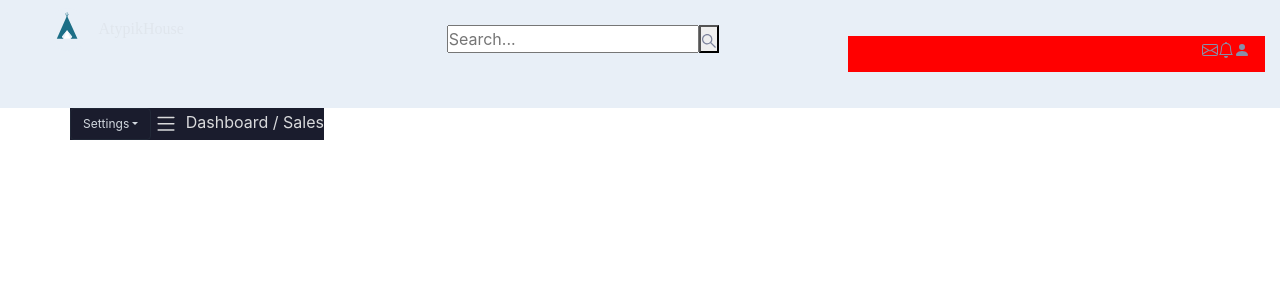
Repository: kifack/API-Symfony-AtypikHouse
Page: / (app in admin-frontend/)
The author's editor kept a copy of each file at every save. The page is drawn from the files as they stood at one save, then again after the next save.
The browser window is 1280 px wide. The pictures show the whole page.
Some web libraries are served in a nearby version. The project was rebuilt for these pictures with package versions that can differ from the ones it lists, and the page was loaded fresh each time. Also part of the build but not shown: admin-frontend/src/css/Responsive.css, admin-frontend/src/css/admin/navbar.css, admin-frontend/src/components/template_parts/Header.js, admin-frontend/src/components/template_parts/Footer.js, admin-frontend/src/components/template_parts/Sidebar.js, admin-frontend/src/components/partials/LocationEntry.js, admin-frontend/src/components/template_parts/Spinner.js, admin-frontend/src/actions/location.js and 26 more.

Above is the page before, as saved 2020-10-01 16:50:36.

### admin-frontend/public/index.html
<!DOCTYPE html>
<html lang="en">
  <head>
    <meta charset="utf-8" />
    <link rel="icon" href="%PUBLIC_URL%/atypikhouse.ico" />
    <meta name="viewport" content="width=device-width, initial-scale=1" />
    <meta name="theme-color" content="#000000" />
    <meta
      name="description"
      content="Web site created using create-react-app"
    />
    <link
      rel="stylesheet"
      href="https://use.fontawesome.com/releases/v5.8.1/css/all.css"
      integrity="sha384-50oBUHEmvpQ+1lW4y57PTFmhCaXp0ML5d60M1M7uH2+nqUivzIebhndOJK28anvf"
      crossorigin="anonymous"
    />
    <!--
      manifest.json provides metadata used when your web app is installed on a
      user's mobile device or desktop. See https://developers.google.com/web/fundamentals/web-app-manifest/
    -->
    <!-- <link rel="manifest" href="%PUBLIC_URL%/manifest.json" /> -->
    <!--
      Notice the use of %PUBLIC_URL% in the tags above.
      It will be replaced with the URL of the `public` folder during the build.
      Only files inside the `public` folder can be referenced from the HTML.

      Unlike "/favicon.ico" or "favicon.ico", "%PUBLIC_URL%/favicon.ico" will
      work correctly both with client-side routing and a non-root public URL.
      Learn how to configure a non-root public URL by running `npm run build`.
    -->
    <script
      src="https://code.jquery.com/jquery-3.5.1.min.js"
      integrity="sha256-9/aliU8dGd2tb6OSsuzixeV4y/faTqgFtohetphbbj0="
      crossorigin="anonymous"
    ></script>
    <script src="https://stackpath.bootstrapcdn.com/bootstrap/4.5.2/js/bootstrap.min.js"></script>
    <script
      src="https://code.jquery.com/jquery-3.5.1.min.js"
      integrity="sha256-9/aliU8dGd2tb6OSsuzixeV4y/faTqgFtohetphbbj0="
      crossorigin="anonymous"
    ></script>

    <script src="https://stackpath.bootstrapcdn.com/bootstrap/4.5.2/js/bootstrap.min.js"></script>
    <title>AtypikHouse</title>
  </head>
  <body>
    <noscript>You need to enable JavaScript to run this app.</noscript>
    <div id="root"></div>
    <!--
      This HTML file is a template.
      If you open it directly in the browser, you will see an empty page.

      You can add webfonts, meta tags, or analytics to this file.
      The build step will place the bundled scripts into the <body> tag.

      To begin the development, run `npm start` or `yarn start`.
      To create a production bundle, use `npm run build` or `yarn build`.
    -->
  </body>
</html>

### admin-frontend/src/index.js
import React from 'react';
import ReactDOM from 'react-dom';
import App from './components/App';
import 'bootstrap/dist/css/bootstrap.min.css';
import { Provider } from 'react-redux';
import configureStore from './store/store';
import HeaderBack from './components/backend/HeaderBack';


const store = configureStore();
ReactDOM.render(
  <React.StrictMode>
    <Provider store={store}>
      <HeaderBack />
    </Provider>

  </React.StrictMode>,
  document.getElementById('root')
);

### admin-frontend/src/store/store.js
import { createStore, applyMiddleware } from "redux";
import { composeWithDevTools } from "redux-devtools-extension";
import thunk from "redux-thunk";
import rootReducer from "../reducers";

const configureStore = () => {
  const initialState = {};

  const middleware = [thunk];

  const store = createStore(
    rootReducer,
    initialState,
    composeWithDevTools(applyMiddleware(...middleware))
  );
  return store;
};

export default configureStore;

### admin-frontend/src/components/backend/HeaderBack.js
import React from "react";
import { Navbar, Nav, Image, Row, Container, Col } from "react-bootstrap";
import { BsBell, BsEnvelope, BsFillPersonFill, BsList } from "react-icons/bs";
import { FaSistrix } from "react-icons/fa";
import logo from './../../media/logonegatif.svg';


class HeaderBack extends React.Component{
    render(){
        return(

            <header>
            <Navbar>

                <div className="blue-sky menuhaut">
                <Container >
                <Row className="align-items-center">
                    <Col>
                        <Nav.Link><Image class="logo"src={logo}/><span class="titlesite">AtypikHouse</span></Nav.Link>
                    </Col>
                    <Col>
                        <form >

                        <input  type="text" placeholder="Search..." aria-label="Search"  />
                        <button type="submit" ><FaSistrix  className="icons"/></button>
                        </form>
                    </Col>
                    <Col className="d-flex justify-content-end">
                        <Nav.Link><BsEnvelope class="icon-env"/></Nav.Link>
                        <Nav.Link><BsBell class="icon-bell"/></Nav.Link>
                        <Nav.Link><BsFillPersonFill class="icon-person"/></Nav.Link>
                    </Col>
                </Row>
                </Container>
                </div>

                    <div class="sous-header">
                    <Container>
                    <Row>
                    <div>
                        <div class="fond">
                        <button class="btn btn-secondary dropdown-toggle" type="button" id="dropdownMenuButton" data-toggle="dropdown" aria-haspopup="true" aria-expanded="false" >Settings</button>
                        <BsList class="icon-list"/>
                        <span class="titlelist"> Dashboard / Sales</span>
                        </div>
                    </div>
                    </Row>
                    </Container>
                    </div>

            </Navbar>
         </header>


        )
    }

}

export default HeaderBack;

### admin-frontend/src/utils/setAuthToken.js
import api from "./api";

const setAuthToken = (token) => {
  if (token) {
    console.log("setting...");
    api.defaults.headers.common.authorization = "Bearer " + token;
    localStorage.setItem("token", token);
  } else {
    console.log("deleting...");
    delete api.defaults.headers.common["Authorization"];
    localStorage.removeItem("token");
  }
};

export default setAuthToken;

### admin-frontend/src/css/App.css
:root {
  --primaryColor: #1c6e86;
  --secondaryColor :#060818;
  --tierColor: #1e2020;
  --white: #ffffff;
}

* {
  margin: 0;
  padding: 0;
  box-sizing: border-box;
}

@font-face {
  font-family: "title-logo";
  src: url("./../polices/vagnotie.otf");
}
@font-face {
  font-family: "title-block";
  src: url("./../polices/Vogue.ttf");
}
@font-face {
  font-family: "title-secondaire";
  src: url("./../polices/ArcaMajora3-Bold.otf");
}
@font-face {
  font-family : "sans-serifSpe";
  src: url("./../polices/Myriad-Pro_31655.ttf");
}

.blue-sky {
  background-color: var(--secondaryColor);
}
body .blue-Marine {
  background-color: var(--primaryColor);
}

.titleBlock {
  font-family: "title-block";
  padding-top: 30px;
  font-size: 1.3rem;
  color: var(--tiercolor);
}
.titleConte{
  text-align: center;
}
.btnNb{
  padding: 10px 20px;
  text-decoration: none;
  border-radius: 20px;
  font-family: "title-secondaire";
  font-size: 1rem;
}
.secondaryNb {
  color: var(--secondaryColor);
}
.btnNb:hover {
  text-decoration: none;
  color: var(--primaryColor);
  background-color: var(--secondaryColor);
}
.conteneurBtn {
  padding-top: 20px;
}
img {
  width: 100%;
}


/*********************************************************** Header backend ************************************************************************************/

.icons{

  color: #7e849d;


}

.form-inline{


}
.titlesite, .logo{

  color: #e0e6ed;
  width: 30px;
  font-family: "title-secondair";
  font-size: 1.0rem;

}


.icon-env, .icon-bell, .icon-person {


  color: #888ea8;
}


input.form-control.form-control-sm.ml-5.w-100 {
  background-color: #0e1726;
  color: #7e849d;
  border-color: #212837;


}

button#dropdownMenuButton {

background-color: #1a1c2d;
color: #d2d8df;
border-color: #212837;
font-size: 12px;
}


.icon-list{

 color: #d9dadc;
 width: 30px;
 height: 25px;

}

.titlelist{

 color: #d9dadc;

}
.fond{


 background: #1a1c2d;
}

/* ################################# Header ###########################*/
header .navbar{
  padding: 0;
  margin: 0;
  display: block;
}

header .menuhaut{
  height: 15vh;
  padding: 0;
  margin: 0;
}
header .menuhaut .col:first-child{
  width: 30%;
  height: 15vh;

}
header .menuhaut .col:nth-child(2){
  width: 30%;
  height: 8vh;

}
header .menuhaut .col:nth-child(3){
  width: 30%;
  height: 5vh;
  background-color: red;
}
header .menuhaut .col:nth-child(3) .nav-link{
  padding: 0;

}

header .menuhaut .row{
  width: 100%;
  height: 15vh;
  margin: 0;
  padding: 0;

}
header .menuhaut .container{
  max-width: 100% ;
  margin: 0;

}

header .container img {
  width: 12%;
  margin-right: 10px;

}

### admin-frontend/src/reducers/index.js
import { combineReducers } from "redux";
import auth from "./auth";
import location from "./location";
import user from "./user";
import comment from "./comment";
import destination from "./destination";
import category from "./category";
import thematic from "./thematic";
import field from "./field";

export default combineReducers({
  auth,
  location,
  user,
  comment,
  destination,
  category,
  thematic,
  field,
});

### admin-frontend/src/utils/api.js
import axios from "axios";
import store from "../store/store";
import { LOGOUT } from "../actions/types";

const api = axios.create({
  baseURL: "http://localhost:8000/api/v01",
  // baseURL: "http://api.f2i-dev2-ami-bc-akb-vyk.fr/api/v01",
  headers: {
    "Content-Type": "application/json",
    Accept: "application/json",
  },
});

const { dispatch } = store;

export default api;

### admin-frontend/src/css/sidebar.css
:root {
  --primaryColor: #0090d9;
  --secondaryColor: #e8f1f8;
  --tierColor: #1e2020;
  --white: #ffffff;
}

.sidebar {
  width: 240px;
  min-height: 100vh;
  transition: 0.4s;
  transition-property: width;
  background-color: #fff;

  /* background-image: linear-gradient(180deg, #4e73df 10%, #224abe 100%); */
  /* overflow-y: auto; */
}

.sidebar ul {
  /* color: var(--primaryColor); */
  height: 100%;
  width: 100%;
  list-style: none;
}
.sidebar .menu li {
  line-height: 60px;
  border-bottom: 1px solid #bdb8d7;
  border-bottom: 1px solid rgba(0, 0, 0, 0.05);
  border-top: 1px solid rgba(255, 255, 255, 0.05);
}
.sidebar .menu li:last-child {
  border-bottom: 1px solid rgba(255, 255, 255, 0.05);
}
.sidebar .menu li a {
  position: relative;
  text-decoration: none;
  color: #6c757d;
  font-size: 16px;
  padding-left: 20px;
  font-weight: 500;
  display: block;
  width: 100%;
  border-left: 3px solid transparent;
}
.sidebar .menu li a > i {
  color: var(--primaryColor);
  padding-right: 8px;
}
.sidebar .menu li.active a {
  color: #fff;
  background: #4e73df;
  /* border-left-color: #000; */
}
.sidebar .menu li a:hover {
  /* background-color: #4e73df; */
  opacity: 0.9;
  color: var(--primaryColor);
}
.sidebar .menu ul {
  position: static;
  display: none;
  background-color: #fff;
}

.sidebar .menu ul li {
  line-height: 50px;
  border-top: none;
  color: var(--primaryColor);
}

.sidebar ul li a .item {
  /* margin-left: 15px; */
  transition: 0.4s;
  transition-property: display;
}
.sidebar .menu ul li a {
  font-size: 15px;
  color: #6c757d;
  padding-left: 50px;
}
.sidebar .menu li.active ul li a {
  color: #e6e6e6;
  background: #1b1b1b;
  border-left-color: transparent;
}
.sidebar .menu ul li a:hover {
  border-left-color: var(--primaryColor);
  border-left-width: 5px;
}
.sidebar li a .caret-menu {
  position: absolute;
  top: 50%;
  right: 20px;
  transform: translateY(-50%);
  font-size: 18px;
  transition: transform 0.7s;
}
.sidebar li a span.rotate {
  transform: translateY(-50%) rotate(-180deg);
}

.wrapper.collapse-sidebar .sidebar {
  width: 70px;
}

.wrapper.collapse-sidebar .main_content {
  width: calc(100% - 70px);
}

.wrapper.collapse-sidebar .sidebar .item,
.submenu,
.wrapper.collapse-sidebar .sidebar .submenu li {
  display: none;
}

### admin-frontend/src/css/card.css
/* Navigation tabs */
:root {
  --primaryColor: #0090d9;
  --secondaryColor: #e8eff7;
  --tierColor: #1e2020;
  --white: #ffffff;
}
.tabs {
  /* width: 730px; */
  height: 100vh;
  overflow: hidden;
  border-radius: 5px;
  box-shadow: 5px 10px 5px #ccc;
  border: 1px solid #eee;
  margin-right: 10px;
}
.tabs .tab-header {
  /* height: 40px; */
  display: flex;
  align-items: center;
  width: 100%;
  padding: 15px;
  /* border: 1px solid #eee; */
}

.tabs .tab-header > div {
  width: calc(100% / 2);
  text-align: center;
  color: #888;
  font-weight: 600;
  cursor: pointer;
  font-size: 14px;
  text-transform: uppercase;
  outline: none;
}
/* .tabs .tab-header > div > i {
  display: block;
  margin-bottom: 5px;
} */
.tabs .tab-header > div.active {
  color: var(--primaryColor);
}
.tabs .tab-indicator {
  position: relative;
  width: calc(100% / 2);
  height: 5px;
  background: var(--primaryColor);
  left: 0px;
  border-radius: 5px;
  transition: all 500ms ease-in-out;
}
.tabs .tab-body {
  position: relative;
  height: calc(100% - 60px);
  padding: 10px 5px;
}
.tabs .tab-body > div {
  padding: 20px;
  position: absolute;
  width: 100%;
  top: -200%;
  opacity: 0;
  transform: scale(0.9);
  transition: opacity 500ms ease-in-out 0ms, transform 500ms ease-in-out 0ms;
}
.tabs .tab-body > div.active {
  top: 0px;
  opacity: 1;
  transform: scale(1);
}

/* Display location  */
.img-container {
  position: relative;
}
/* Next & previous buttons */
.prev,
.next {
  cursor: pointer;
  position: absolute;
  text-decoration: none !important;
  top: 50%;
  width: auto;
  margin-top: -22px;
  padding: 16px;
  color: white !important;
  font-weight: bold;
  font-size: 18px;
  transition: 0.6s ease;
  border-radius: 0 3px 3px 0;
  user-select: none;
}

/* Position the "next button" to the right */
.next {
  right: 0;
  border-radius: 3px 0 0 3px;
}
.prev {
  left: 0;
}

/* On hover, add a black background color with a little bit see-through */
.prev:hover,
.next:hover {
  background-color: rgba(0, 0, 0, 0.8);
}
/* Fading animation */
.custom-fade {
  -webkit-animation-name: fade;
  -webkit-animation-duration: 1.5s;
  animation-name: fade;
  animation-duration: 1.5s;
}

@-webkit-keyframes fade {
  from {
    opacity: 0.4;
  }
  to {
    opacity: 1;
  }
}

@keyframes fade {
  from {
    opacity: 0.4;
  }
  to {
    opacity: 1;
  }
}

### admin-frontend/src/reducers/auth.js
import {
  LOAD_USER_REQUEST,
  USER_LOADED,
  AUTH_ERROR,
  LOGIN_REQUEST,
  LOGIN_SUCCESS,
  LOGIN_FAIL,
  LOGOUT,
} from "../actions/types";
import setAuthToken from "../utils/setAuthToken";

const initialState = {
  token: localStorage.getItem("token"),
  isAuthenticated: false,
  loading: false,
  user: null,
  isLogining: false,
  error: null,
};

export default function (state = initialState, action) {
  const { type, payload } = action;

  switch (type) {
    case LOAD_USER_REQUEST:
      return {
        ...state,
        loading: true,
      };
    case USER_LOADED:
      if (payload.roles.indexOf("ROLE_ADMIN") >= 0) {
        return {
          ...state,
          isAuthenticated: true,
          loading: false,
          user: payload,
        };
      } else {
        return {
          ...state,
          isAuthenticated: false,
          loading: false,
          error: "Vous n'avez pas des droits d'accés",
        };
      }
    case LOGIN_REQUEST:
      return {
        ...state,
        isLogining: true,
      };
    case LOGIN_SUCCESS:
      if (payload.user.roles.indexOf("ROLE_ADMIN") >= 0) {
        localStorage.setItem("token", payload.token);
        setAuthToken(payload.token);
        return {
          ...state,
          isAuthenticated: true,
          isLogining: false,
          user: payload.user,
        };
      } else {
        return {
          ...state,
          isAuthenticated: false,
          isLogining: false,
          error: "Vous n'avez pas des droits d'accéss",
        };
      }

    case AUTH_ERROR:
    case LOGOUT:
      console.log("logout");
      localStorage.removeItem("token");
      return {
        ...state,
        token: null,
        isAuthenticated: false,
        loading: false,
        user: null,
        error: payload,
      };

    case LOGIN_FAIL:
      return {
        ...state,
        isLogining: false,
        error: payload.message,
      };

    default:
      return state;
  }
}

### admin-frontend/src/reducers/location.js
import {
  LOAD_LOCATIONS,
  LOAD_LOCATIONS_SUCCESS,
  LOAD_LOCATIONS_ERROR,
  VALIDATE_LOCATION,
  VALIDATE_LOCATION_ERROR,
  DEACTIVATE_LOCATION,
  DEACTIVATE_LOCATION_ERROR,
  LOAD_LOCATION,
  LOAD_LOCATION_SUCCESS,
  LOAD_LOCATION_ERROR,
} from "../actions/types";

const initialState = {
  locations: [],
  location: null,
  loading: false,
  loadingLocation: true,
};

export default function (state = initialState, action) {
  const { type, payload } = action;
  let index, locations;

  switch (type) {
    case LOAD_LOCATIONS:
      return {
        ...state,
        loading: true,
      };
    case LOAD_LOCATIONS_SUCCESS:
      return {
        ...state,
        locations: payload,
        loading: false,
      };

    case LOAD_LOCATION:
      return {
        ...state,
        loadingLocation: true,
        location: null,
      };
    case LOAD_LOCATION_SUCCESS:
      return {
        ...state,
        location: payload,
        loadingLocation: false,
      };
    case VALIDATE_LOCATION:
      index = state.locations.findIndex((item) => item.id === payload);
      locations = state.locations;
      locations[index].status = 1;

      return {
        ...state,
        locations: [...locations],
        loading: false,
      };
    case DEACTIVATE_LOCATION:
      index = state.locations.findIndex((item) => item.id === payload);
      locations = state.locations;
      locations[index].status = 2;

      return {
        ...state,
        locations: [...locations],
        loading: false,
      };

    default:
      return state;
  }
}

### admin-frontend/src/reducers/user.js
import {
  LOAD_USERS,
  LOAD_USERS_ERROR,
  LOAD_USERS_SUCCESS,
  LOAD_USER,
  LOAD_USER_SUCCESS,
  LOAD_USER_ERROR,
  TOGGLE_SIDEBAR,
  ACTIVATE_USER,
  ACTIVATE_USER_ERROR,
  DEACTIVATE_USER,
  DEACTIVATE_USER_ERROR,
} from "../actions/types";

const initialState = {
  users: [],
  user: null,
  loading: false,
  loadingUser: true,
  showSidebar: true,
};

export default function (state = initialState, action) {
  const { type, payload } = action;
  let index, users;

  switch (type) {
    case LOAD_USERS:
      return {
        ...state,
        loading: true,
      };
    case LOAD_USERS_SUCCESS:
      return {
        ...state,
        users: payload,
        loading: false,
      };

    case LOAD_USER:
      return {
        ...state,
        user: null,
        loadingUser: true,
      };
    case LOAD_USER_SUCCESS:
      return {
        ...state,
        user: payload,
        loadingUser: false,
      };
    case ACTIVATE_USER:
      index = state.users.findIndex((item) => item.id === payload);
      users = state.users;
      users[index].status = 1;

      return {
        ...state,
        users: [...users],
        loading: false,
      };
    case DEACTIVATE_USER:
      index = state.users.findIndex((item) => item.id === payload);
      users = state.users;
      users[index].status = 0;

      return {
        ...state,
        users: [...users],
        loading: false,
      };

    case TOGGLE_SIDEBAR:
      return {
        ...state,
        showSidebar: !state.showSidebar,
      };

    default:
      return state;
  }
}

### admin-frontend/src/reducers/comment.js
import {
  LOAD_COMMENTS,
  LOAD_COMMENTS_SUCCESS,
  LOAD_COMMENTS_ERROR,
  DELETE_COMMENT,
  DELETE_COMMENT_ERROR,
} from "../actions/types";

const initialState = {
  comments: [],
  loading: false,
};

export default function (state = initialState, action) {
  const { type, payload } = action;

  switch (type) {
    case LOAD_COMMENTS:
      return {
        ...state,
        loading: true,
      };

    case LOAD_COMMENTS_SUCCESS:
      return {
        ...state,
        comments: payload,
        loading: false,
      };
    case DELETE_COMMENT:
      let filteredComments = state.comments.filter(
        (item) => item.id !== payload
      );
      return {
        ...state,
        comments: [...filteredComments],
        loading: false,
      };

    default:
      return state;
  }
}

### admin-frontend/src/reducers/destination.js
import {
  LOAD_DESTINATIONS,
  LOAD_DESTINATIONS_SUCCESS,
  LOAD_DESTINATIONS_ERROR,
  ADD_DESTINATION,
  ADD_DESTINATION_ERROR,
} from "../actions/types";

const initialState = {
  destinations: [],
  loading: false,
};

export default function (state = initialState, action) {
  const { type, payload } = action;

  switch (type) {
    case ADD_DESTINATION:
      return {
        ...state,
        destinations: [...state.destinations, payload],
        loading: false,
      };
    case LOAD_DESTINATIONS:
      return {
        ...state,
        loading: true,
      };
    case LOAD_DESTINATIONS_SUCCESS:
      return {
        ...state,
        destinations: payload,
        loading: false,
      };

    default:
      return state;
  }
}

### admin-frontend/src/reducers/category.js
import {
  LOAD_CATEGORIES,
  LOAD_CATEGORIES_SUCCESS,
  LOAD_CATEGORIES_ERROR,
  ADD_CATEGORY,
  ADD_CATEGORY_ERROR,
} from "../actions/types";

const initialState = {
  categories: [],
  loading: false,
};

export default function (state = initialState, action) {
  const { type, payload } = action;

  switch (type) {
    case LOAD_CATEGORIES:
      return {
        ...state,
        loading: true,
      };
    case LOAD_CATEGORIES_SUCCESS:
      return {
        ...state,
        categories: [...payload],
        loading: false,
      };
    case ADD_CATEGORY:
      return {
        ...state,
        categories: [...state.categories, payload],
        loading: false,
      };

    default:
      return state;
  }
}

### admin-frontend/src/reducers/thematic.js
import {
  LOAD_THEMATICS,
  LOAD_THEMATICS_SUCCESS,
  LOAD_THEMATICS_ERROR,
  ADD_THEMATIC,
  ADD_THEMATIC_ERROR,
} from "../actions/types";

const initialState = {
  thematics: [],
  loading: false,
};

export default function (state = initialState, action) {
  const { type, payload } = action;

  switch (type) {
    case ADD_THEMATIC:
      return {
        ...state,
        thematics: [...state.thematics, payload],
        loading: false,
      };

    case LOAD_THEMATICS:
      return {
        ...state,
        loading: true,
      };

    case LOAD_THEMATICS_SUCCESS:
      return {
        ...state,
        thematics: payload,
        loading: false,
      };

    default:
      return state;
  }
}

### admin-frontend/src/reducers/field.js
import {
  LOAD_FIELDS,
  LOAD_FIELDS_ERROR,
  ADD_FIELD,
  ADD_FIELD_ERROR,
} from "../actions/types";

const initialState = {
  fields: [],
  loading: true,
};

export default function (state = initialState, action) {
  const { type, payload } = action;

  switch (type) {
    case LOAD_FIELDS:
      return {
        ...state,
        fields: [...payload],
        loading: false,
      };
    case ADD_FIELD:
      return {
        ...state,
        fields: [...state.fields, payload],
        loading: false,
      };

    default:
      return state;
  }
}

### admin-frontend/src/css/spinner.css
/* https://projects.lukehaas.me/css-loaders/ */
:root {
  --primaryColor: #0090d9;
  --secondaryColor: #e8eff7;
  --tierColor: #1e2020;
  --white: #ffffff;
}

.spinner {
  width: 100%;
  height: 100%;
  display: flex;
  align-items: center;
  justify-content: center;
  /* background-color: rgb(0, 0, 0); */
  /* background-color: #eee; */
}

.loader {
  color: var(--primaryColor);
  font-size: 20px;
  margin: 100px auto;
  width: 1em;
  height: 1em;
  border-radius: 50%;
  position: relative;
  text-indent: -9999em;
  -webkit-animation: load4 1.3s infinite linear;
  animation: load4 1.3s infinite linear;
  -webkit-transform: translateZ(0);
  -ms-transform: translateZ(0);
  transform: translateZ(0);
}
@-webkit-keyframes load4 {
  0%,
  100% {
    box-shadow: 0 -3em 0 0.2em, 2em -2em 0 0em, 3em 0 0 -1em, 2em 2em 0 -1em,
      0 3em 0 -1em, -2em 2em 0 -1em, -3em 0 0 -1em, -2em -2em 0 0;
  }
  12.5% {
    box-shadow: 0 -3em 0 0, 2em -2em 0 0.2em, 3em 0 0 0, 2em 2em 0 -1em,
      0 3em 0 -1em, -2em 2em 0 -1em, -3em 0 0 -1em, -2em -2em 0 -1em;
  }
  25% {
    box-shadow: 0 -3em 0 -0.5em, 2em -2em 0 0, 3em 0 0 0.2em, 2em 2em 0 0,
      0 3em 0 -1em, -2em 2em 0 -1em, -3em 0 0 -1em, -2em -2em 0 -1em;
  }
  37.5% {
    box-shadow: 0 -3em 0 -1em, 2em -2em 0 -1em, 3em 0em 0 0, 2em 2em 0 0.2em,
      0 3em 0 0em, -2em 2em 0 -1em, -3em 0em 0 -1em, -2em -2em 0 -1em;
  }
  50% {
    box-shadow: 0 -3em 0 -1em, 2em -2em 0 -1em, 3em 0 0 -1em, 2em 2em 0 0em,
      0 3em 0 0.2em, -2em 2em 0 0, -3em 0em 0 -1em, -2em -2em 0 -1em;
  }
  62.5% {
    box-shadow: 0 -3em 0 -1em, 2em -2em 0 -1em, 3em 0 0 -1em, 2em 2em 0 -1em,
      0 3em 0 0, -2em 2em 0 0.2em, -3em 0 0 0, -2em -2em 0 -1em;
  }
  75% {
    box-shadow: 0em -3em 0 -1em, 2em -2em 0 -1em, 3em 0em 0 -1em, 2em 2em 0 -1em,
      0 3em 0 -1em, -2em 2em 0 0, -3em 0em 0 0.2em, -2em -2em 0 0;
  }
  87.5% {
    box-shadow: 0em -3em 0 0, 2em -2em 0 -1em, 3em 0 0 -1em, 2em 2em 0 -1em,
      0 3em 0 -1em, -2em 2em 0 0, -3em 0em 0 0, -2em -2em 0 0.2em;
  }
}
@keyframes load4 {
  0%,
  100% {
    box-shadow: 0 -3em 0 0.2em, 2em -2em 0 0em, 3em 0 0 -1em, 2em 2em 0 -1em,
      0 3em 0 -1em, -2em 2em 0 -1em, -3em 0 0 -1em, -2em -2em 0 0;
  }
  12.5% {
    box-shadow: 0 -3em 0 0, 2em -2em 0 0.2em, 3em 0 0 0, 2em 2em 0 -1em,
      0 3em 0 -1em, -2em 2em 0 -1em, -3em 0 0 -1em, -2em -2em 0 -1em;
  }
  25% {
    box-shadow: 0 -3em 0 -0.5em, 2em -2em 0 0, 3em 0 0 0.2em, 2em 2em 0 0,
      0 3em 0 -1em, -2em 2em 0 -1em, -3em 0 0 -1em, -2em -2em 0 -1em;
  }
  37.5% {
    box-shadow: 0 -3em 0 -1em, 2em -2em 0 -1em, 3em 0em 0 0, 2em 2em 0 0.2em,
      0 3em 0 0em, -2em 2em 0 -1em, -3em 0em 0 -1em, -2em -2em 0 -1em;
  }
  50% {
    box-shadow: 0 -3em 0 -1em, 2em -2em 0 -1em, 3em 0 0 -1em, 2em 2em 0 0em,
      0 3em 0 0.2em, -2em 2em 0 0, -3em 0em 0 -1em, -2em -2em 0 -1em;
  }
  62.5% {
    box-shadow: 0 -3em 0 -1em, 2em -2em 0 -1em, 3em 0 0 -1em, 2em 2em 0 -1em,
      0 3em 0 0, -2em 2em 0 0.2em, -3em 0 0 0, -2em -2em 0 -1em;
  }
  75% {
    box-shadow: 0em -3em 0 -1em, 2em -2em 0 -1em, 3em 0em 0 -1em, 2em 2em 0 -1em,
      0 3em 0 -1em, -2em 2em 0 0, -3em 0em 0 0.2em, -2em -2em 0 0;
  }
  87.5% {
    box-shadow: 0em -3em 0 0, 2em -2em 0 -1em, 3em 0 0 -1em, 2em 2em 0 -1em,
      0 3em 0 -1em, -2em 2em 0 0, -3em 0em 0 0, -2em -2em 0 0.2em;
  }
}

Loaded but not shown: admin-frontend/src/actions/types.js (79 lines, source omitted)

After the next save:
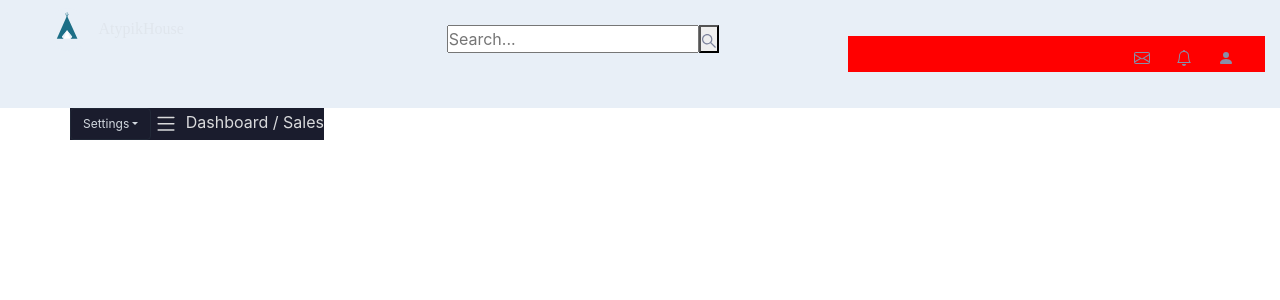
Saved 30 s later.
--- a/admin-frontend/src/css/App.css
+++ b/admin-frontend/src/css/App.css
@@ -161,7 +161,7 @@ header .menuhaut .col:nth-child(3){
   background-color: red;
 }
 header .menuhaut .col:nth-child(3) .nav-link{
-  padding: 0;
+  padding-left: 10px;
 
 }
 
